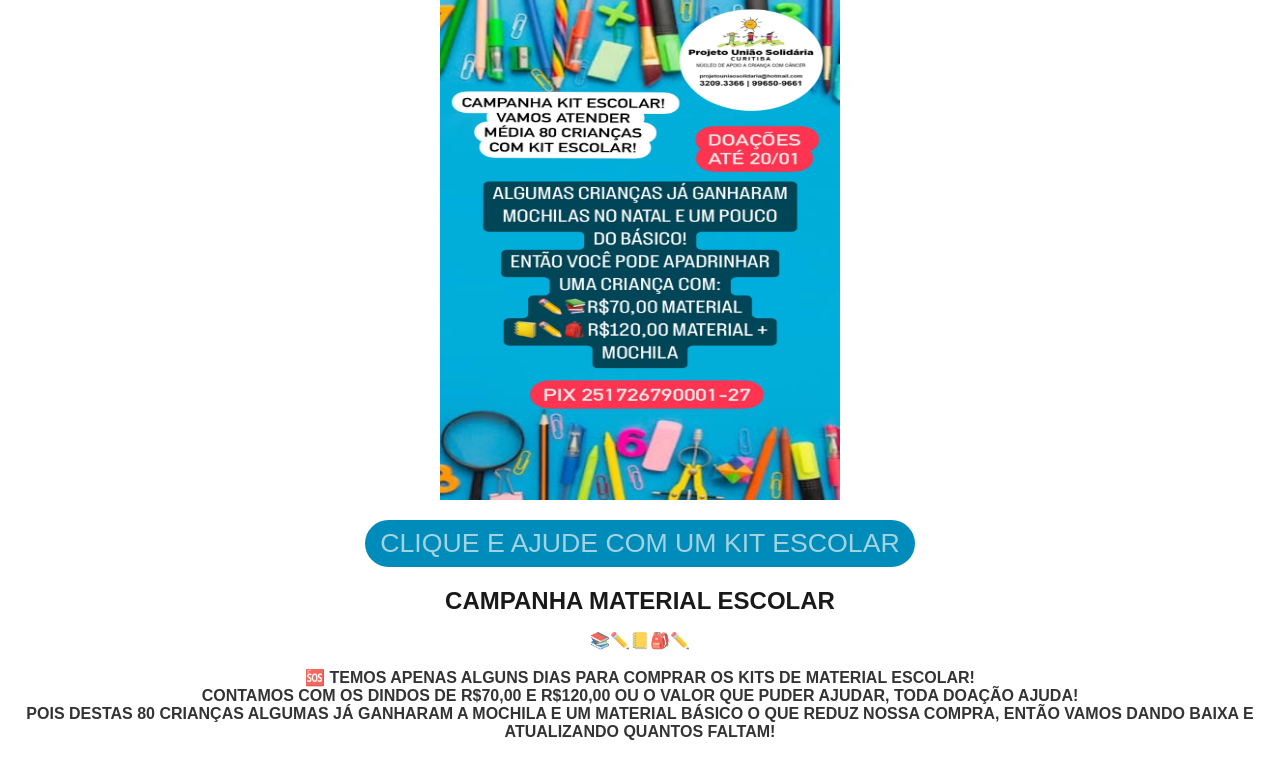
Repository: adrtrvs/qrcodeong
Page: campaign.html
An editor plug-in stored every save of this project. The page is shown before and after the next save, followed by the edit.
The browser window is 1280 px wide. The pictures show the whole page.
Some web fonts or font styles are not loaded; a fallback is used.

Above is the page before, as saved 2023-01-12 12:25:53.

### campaign.html
<!DOCTYPE html>
<html lang="en">
  <head>
    <meta charset="UTF-8" />
    <meta http-equiv="X-UA-Compatible" content="IE=edge" />
    <meta name="viewport" content="width=device-width, initial-scale=1.0" />
    <link rel="stylesheet" href="style.css" />
    <title>Campanha</title>
  </head>

  <body>
    <div class="campaignvid">
      <img
        width="400"
        height="500"
        src="./files/campanha_material_escolar.jpeg"
        title="fotocampanhamaterial"
        frameborder="0"
      ></img>

      <button class="buttoncampaignaj">
        <a
          href="https://wa.link/309tcc"
          target="_blank"
          >Clique e ajude com um kit escolar</a
        >
      </button>
    </div>
    <h2 class="titlecampaing">Campanha Material Escolar</h2>
    <h3 class="campaigndescription">
      📚✏️📒🎒✏️<br><br>
      🆘 temos apenas alguns dias para comprar os kits de Material escolar!<br>
       Contamos com os Dindos de R$70,00 e R$120,00 ou o valor que puder ajudar, toda doação ajuda!
       <br>Pois destas 80 crianças algumas já ganharam a Mochila e um material básico o que reduz nossa compra, então vamos dando baixa e atualizando quantos faltam!


    </h3>
  </body>
</html>

### style.css
@import url('https://fonts.googleapis.com/css2?family=Courgette&display=swap');
@import url('https://fonts.googleapis.com/css2?family=Indie+Flower&display=swap');
@import url('https://fonts.googleapis.com/css2?family=Cuprum:wght@500&display=swap');
* {
  padding: 0;
  margin: 0;
}
@keyframes animate {
  0% {
    opacity: 0;
  }

  50% {
    opacity: 1;
  }

  100% {
    opacity: 0;
  }
}

body {
  /*  background-color: #f5f5dc;*/
  background-repeat: no-repeat;
  background-size: cover;
  width: 100%;
}

header img {
  width: 100%;
}

header p {
  color: black;
  text-align: center;
  font-size: 18px;
  margin: 10px;
  font-family: 'Cuprum', sans-serif;
}

/*Botão Campaign urgente*/

.campaignbutton {
  text-align: center;
  margin: 20px;
}

.campaignbutton a {
  text-decoration: none;
  text-transform: uppercase;
  font-size: 2em;
  color: rgba(219, 10, 10, 0.73);
  text-align: center;
  animation: animate 2s linear infinite;
  font-family: 'Cuprum', sans-serif;
}

.bcampaign {
  padding: 8px 15px;
  border-radius: 26px;
  border: none;
  background-color: #008cba;
}

.bcampaign:hover {
  background-color: #cbf305;
  transition-duration: 0.4s;
}

/*Fonts*/

h1,
h2,
h3 {
  color: #008cba;
  text-transform: uppercase;
  font-family: 'Cuprum', sans-serif;
}

/* Menu principal */

.menu h2 {
  background-color: #008cba;
  text-align: center;
  font-size: 18px;
  margin: 5px;
  padding: 5px;
  color: whitesmoke;
  font-family: 'Cuprum', sans-serif;
}

.menu h3 {
  font-size: 16px;
  margin-bottom: 5px;
  font-family: 'Cuprum', sans-serif;
}

/* Listas*/
ul li {
  display: flex;
  justify-content: space-between;
  padding: 16px;
  border-bottom: 1px solid rgba(0, 0, 0, 0.1);
}

/* paragrafos da lista*/
.details {
  padding: 5px;
  color: #008cba;
  font-family: 'Cuprum', sans-serif;
}

/*botão clique lista*/
._link {
  background-color: #008cba;
  border: none;
  padding: 13px 23px;
  border-radius: 26px;
  align-self: flex-start;
}

.submenu button a {
  text-decoration: none;
  font-size: 14px;
  color: whitesmoke;
  white-space: nowrap;
  font-family: 'Cuprum', sans-serif;
}

._link:hover {
  background-color: #cbf305;
  transition-duration: 0.4s;
}

/* CAMPAIGN*/

.campaignvid {
  display: flex;
  flex-direction: column;
  align-items: center;
}

.buttoncampaignaj {
  padding: 8px 15px;
  border-radius: 26px;
  border: none;
  background-color: #008cba;
  margin: 20px;
}

.buttoncampaignaj a {
  text-decoration: none;
  text-transform: uppercase;
  font-size: 2em;
  color: whitesmoke;
  animation: animate 3s linear infinite;
}

.buttoncampaignaj:hover {
  background-color: #4caf50;
  transition-duration: 0.4s;
}

.titlecampaing {
  text-align: center;
  color: rgba(0, 0, 0, 0.9);
}

.campaigndescription {
  font-size: 16px;
  color: rgba(0, 0, 0, 0.8);
  padding: 16px;
  text-align: center;
  justify-content: space-between;
}

.botaocomprov {
  background-color: #4caf50;
  border: none;
  padding: 13px 23px;
  border-radius: 26px;
}
.botaocomprov:hover {
  background-color: #cbf305;
  transition-duration: 0.4s;
}
.botaocomprov a {
  text-decoration: none;
  font-size: 14px;
  color: whitesmoke;
  white-space: nowrap;
  font-family: 'Cuprum', sans-serif;
}
._pix {
  color: black;
  padding: 20px;
  text-align: center;
}

After the next save:
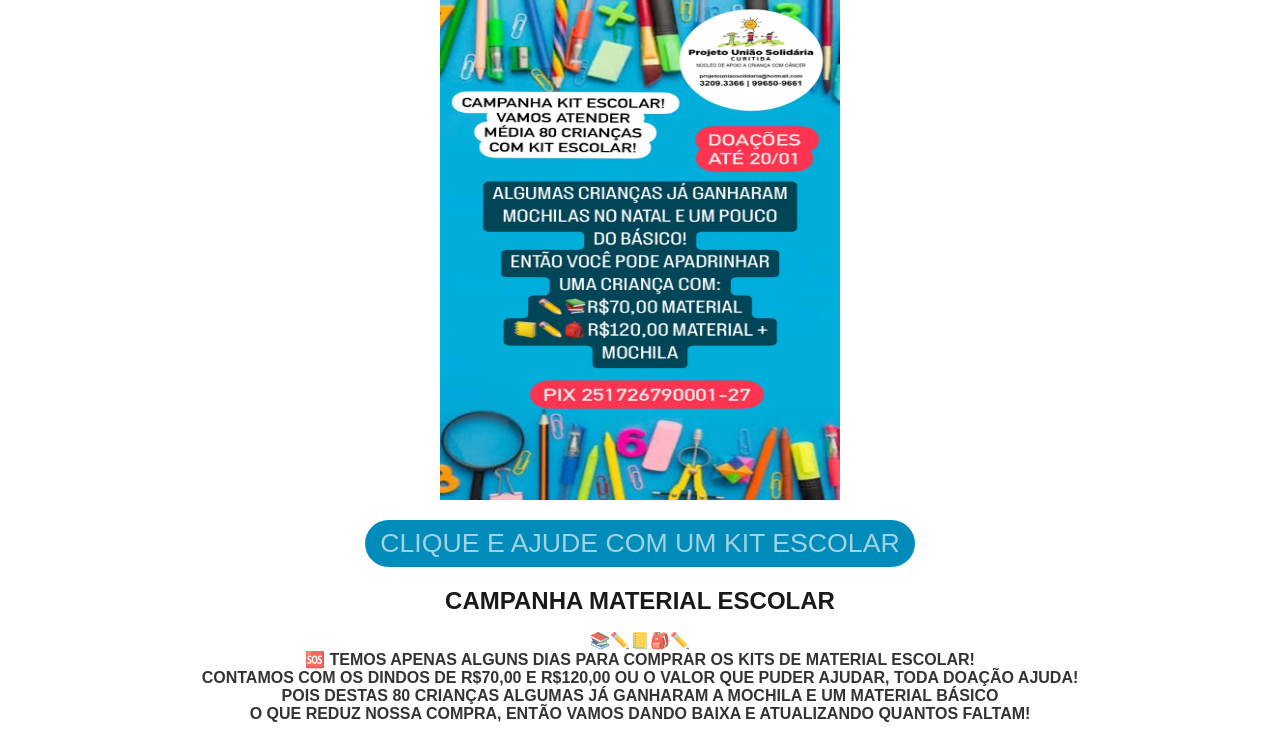
Saved 50 s later.
--- a/campaign.html
+++ b/campaign.html
@@ -28,10 +28,10 @@
     </div>
     <h2 class="titlecampaing">Campanha Material Escolar</h2>
     <h3 class="campaigndescription">
-      📚✏️📒🎒✏️<br><br>
+      📚✏️📒🎒✏️<br>
       🆘 temos apenas alguns dias para comprar os kits de Material escolar!<br>
        Contamos com os Dindos de R$70,00 e R$120,00 ou o valor que puder ajudar, toda doação ajuda!
-       <br>Pois destas 80 crianças algumas já ganharam a Mochila e um material básico o que reduz nossa compra, então vamos dando baixa e atualizando quantos faltam!
+       <br>Pois destas 80 crianças algumas já ganharam a Mochila e um material básico<br> o que reduz nossa compra, então vamos dando baixa e atualizando quantos faltam!
 
 
     </h3>
